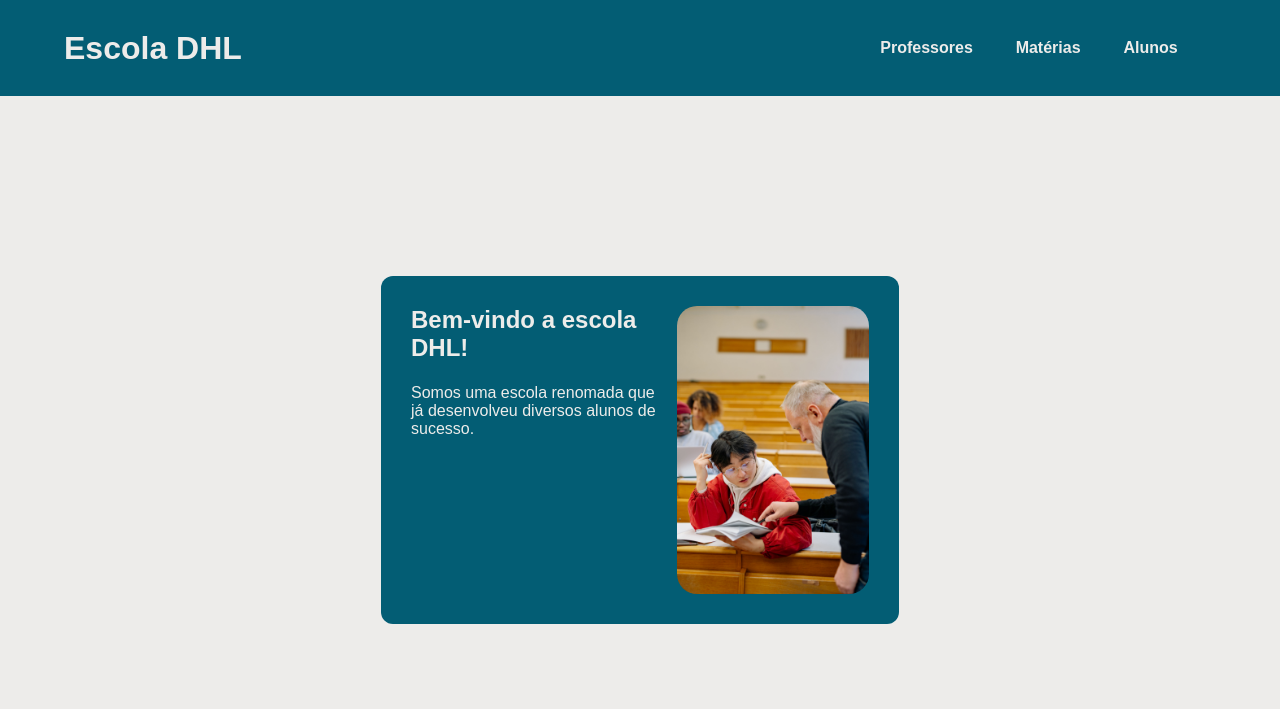
Repository: SirHick/sa-sistema-escola-DHL
Page: front/index.html
The author's editor kept a copy of each file at every save. The page is drawn from the files as they stood at one save, then again after a run of saves.
The browser window is 1280 px wide. The pictures show the whole page.

Above is the page before, as saved 2026-07-17 15:57:36.

After the next 8 saves:
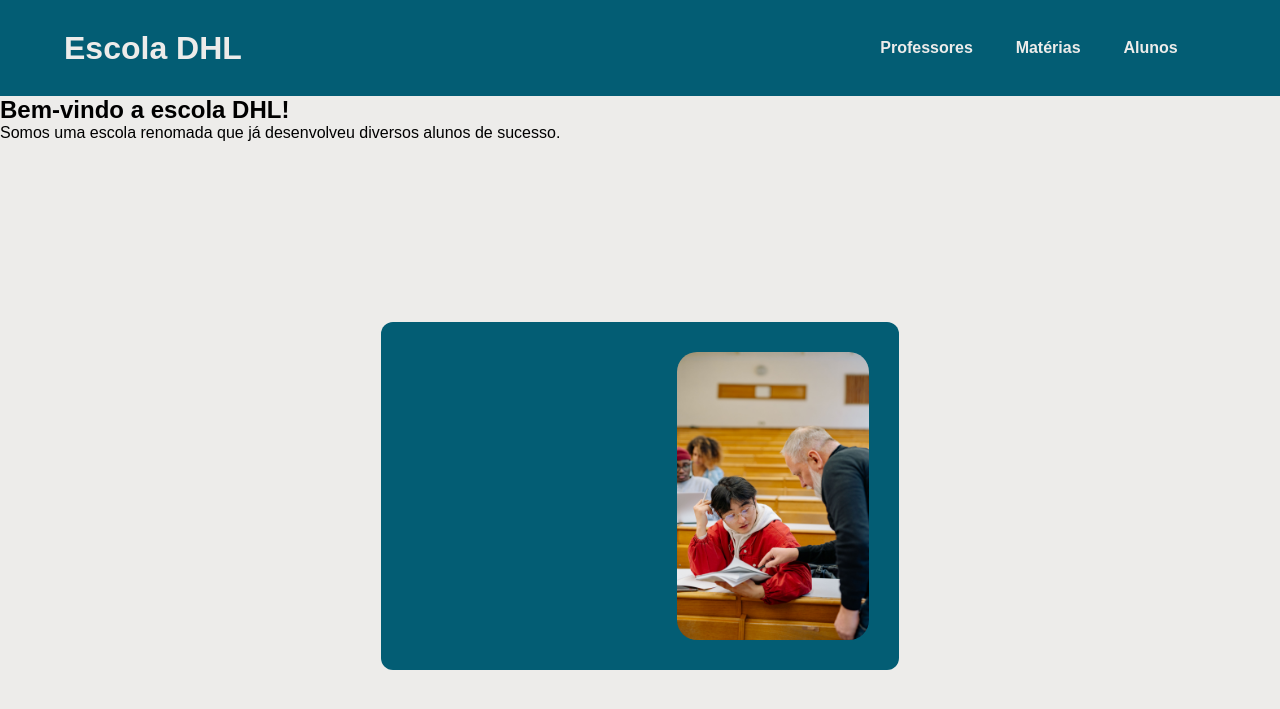
The 8 saves are shown as one change because they came seconds apart.
The last was saved 2 min 14 s later.
--- a/front/index.html
+++ b/front/index.html
@@ -18,13 +18,15 @@
         </nav>
     </header>
 
-    <main class = "hero-section">
-        <section class = "main-text-hero-section">
+    <section class = "main-text">
             <h2>Bem-vindo a escola DHL!</h2>
 
             <p>Somos uma escola renomada que já
                 desenvolveu diversos alunos de sucesso.</p>
-        </section>
+    </section>
+
+    <main class = "hero-section">
+        <img src="" alt="">
 
         <img src="images/student-and-teacher.jpg" alt="A student receiving help from his teacher">
     </main>
